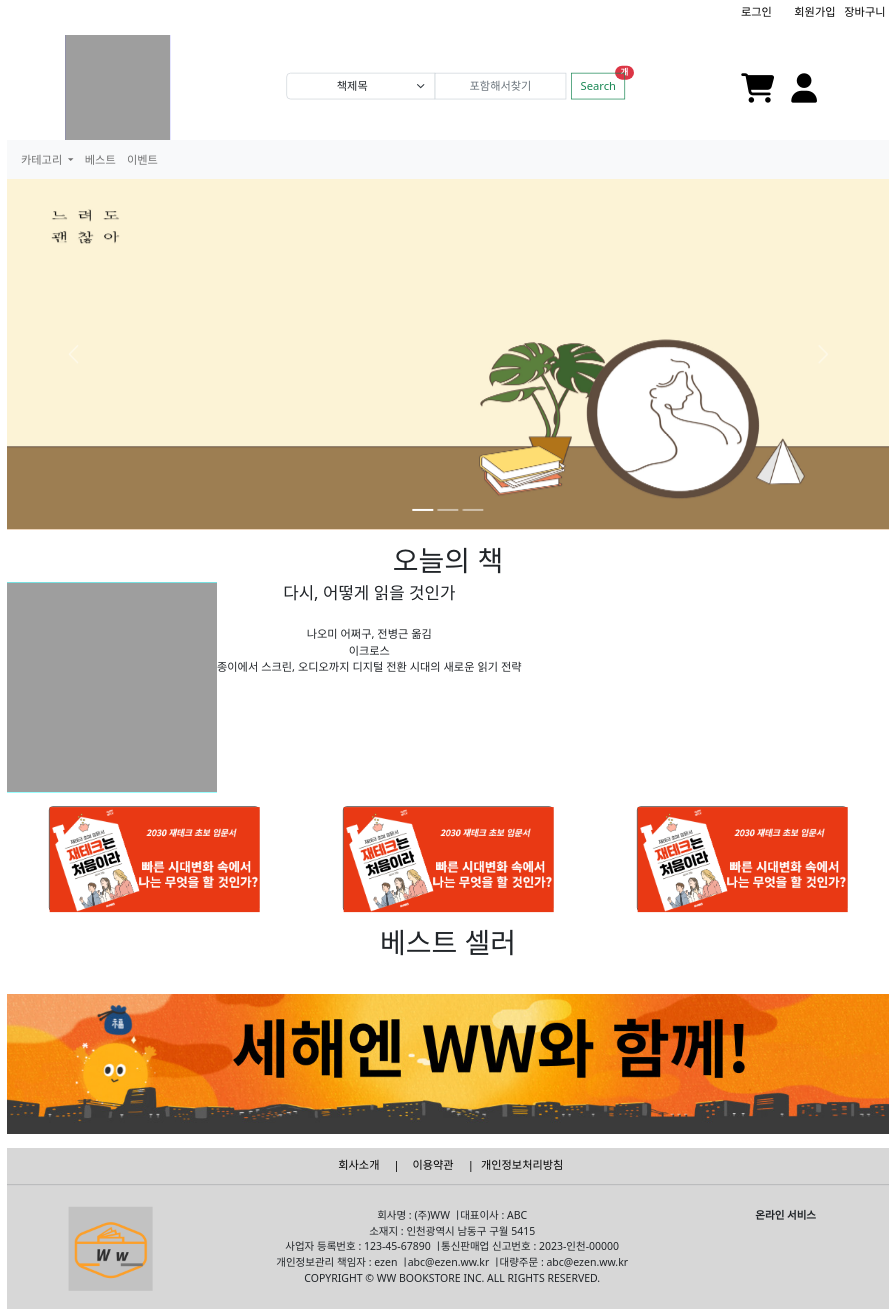
Repository: bongbongi/book1
Page: http://localhost/book/WEB-INF/views/home.jsp
An editor plug-in stored every save of this project. The page is shown before and after the next save, followed by the edit.
The browser window is 1280 px wide. The pictures show the whole page, at 70% of full size.
Pictures or frames that could not be fetched are drawn as grey boxes. Some web libraries are served in a nearby version. The page is served by Tomcat 9. Nobody is signed in. The template is opened directly, without the code that normally fills it, so the values that code supplies are empty.

Above is the page before, as saved 2023-01-09 17:07:14.

After the next save:
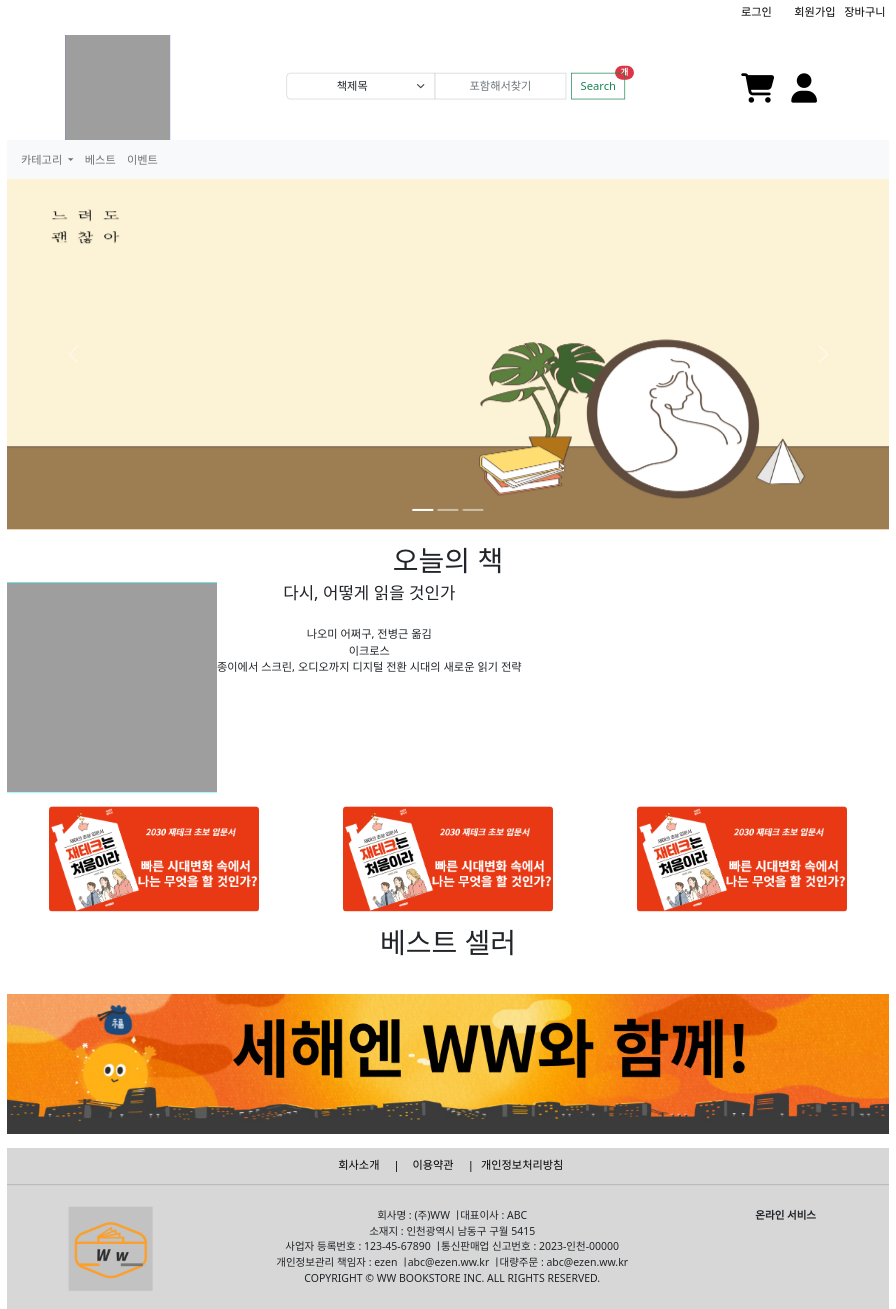
Saved 50 s later.
--- a/book/src/main/webapp/WEB-INF/views/home.jsp
+++ b/book/src/main/webapp/WEB-INF/views/home.jsp
@@ -143,12 +143,12 @@ body {
 .ad_mini{
 	width: 300px;
 	height:150px;
-	border : 1px solid black;
+}
+.ad_mini>a>img{
 	border-radius: 5px;
-}
-.ad_mini>a>img{
 	width: 300px;
 	height:150px;
+
 }
 </style>
 </head>
